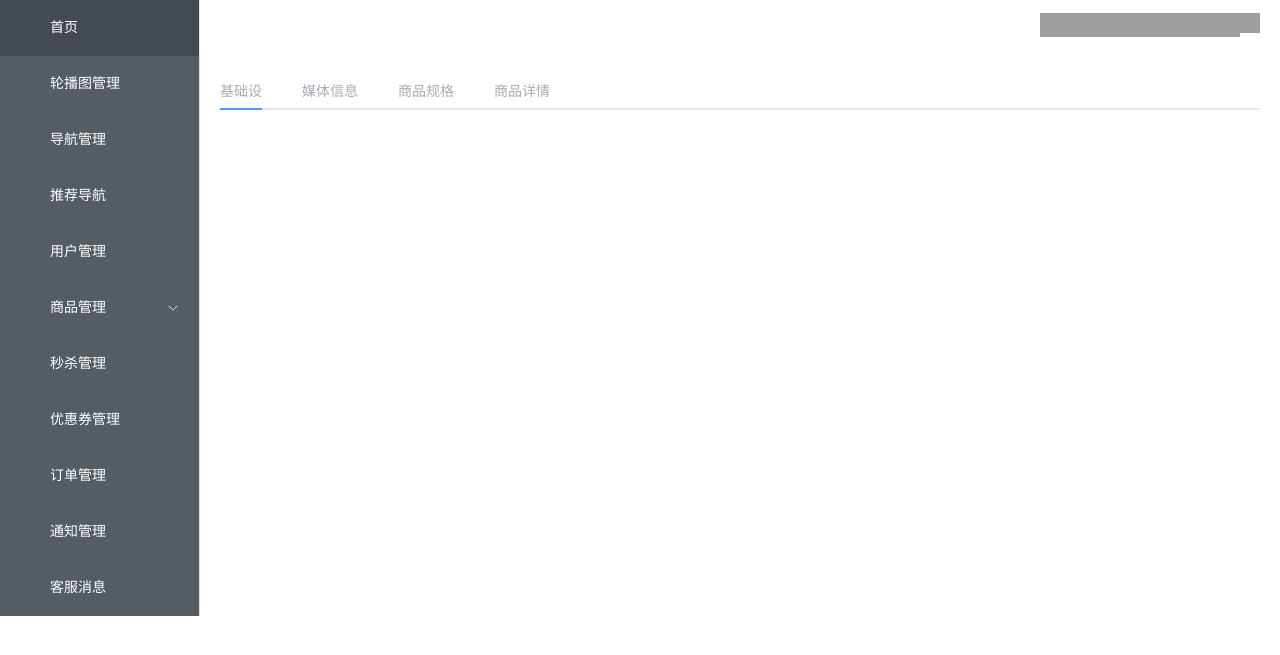
Repository: xinwuhao/CCG
Page: /addgoods
These files come from the project's save history. The page is drawn as it stood at one moment and after the next save; the edit follows.
The browser window is 1280 px wide. The pictures show the whole page.
Pictures or frames that could not be fetched are drawn as grey boxes. The page's requests for data from a server got no answer. The project was rebuilt for these pictures with package versions that can differ from the ones it lists, and the page was loaded fresh each time. No one was signed in, and anything a server would have sent is missing. Also part of the build but not shown: vite.config.ts.

Above is the page before, as saved 2021-09-24 11:19:47.

### src/main.ts
import { createApp } from 'vue'
import App from "./App.vue";
import router from "./router"
import ElementPlus from 'element-plus'
import 'element-plus/dist/index.css'
import * as Icons from '@element-plus/icons'
import { toLine } from './utils/index'

const app = createApp(App)

for (let i in Icons) {
    app.component(`el-icon${toLine(i)}`, (Icons as any)[i])
}

app.use(router)
app.use(ElementPlus)
app.mount('#app')

### src/App.vue
<template>
  <div>
    <router-view></router-view>
  </div>
</template>

<script setup lang="ts">
</script>

<style lang='scss'>
@import "./scssbox.scss";
</style>

### src/router/index.ts
import { createRouter, createWebHistory, RouteRecordRaw } from 'vue-router'
// import Home from '../views/homepage/homepage.vue'
import Layout from '../views/layout/Layout.vue'

const routes: Array<RouteRecordRaw> = [
  {
    path: '/login',
    name: 'Logon',
    component: () => import('../views/login/Login.vue'),
    meta: {
      title: '登录'
    }
  },
  {
    path: '/',
    component: Layout,
    // 子路由: children
    children: [
      {
        path: '/',
        name: '/',
        component: () => import('../views/homepage/homepage.vue'),
        meta: {
          title: '首页',
          meta: '/homepage'
        }
      },
      {
        path: '/discount',
        name: 'discount',
        component: () => import('../views/discount/discount.vue'),
        meta: {
          title: '优惠券管理',
          meta: '/discount'
        }
      },
      {
        path: '/navigation',
        name: 'navigation',
        component: () => import('../views/navigation/navigation.vue'),
        meta: {
          title: '导航管理',
          meta: '/navigation'
        }
      },
      {
        path: '/swiper',
        name: 'swiper',
        component: () => import('../views/swiper/swiper.vue'),
        meta: {
          title: '轮播图管理',
          meta: '/swiper'
        }
      },
      {
        path: '/recommend',
        name: 'recommend',
        component: () => import('../views/recommend/recommend.vue'),
        meta: {
          title: '推荐导航',
          meta: '/recommend'
        }
      },
      {
        path: '/user',
        name: 'user',
        component: () => import('../views/user/user.vue'),
        meta: {
          title: '用户管理',
          meta: '/user'
        }
      },
      {
        path: '/addgoods',
        name: 'addgoods',
        component: () => import('../views/goods/addgoods.vue'),
        meta: {
          title: '添加商品',
          meta: '/addgoods'
        }
      },
      {
        path: '/sortgoods',
        name: 'sortgoods',
        component: () => import('../views/goods/sortgoods.vue'),
        meta: {
          title: '商品分类',
          meta: '/sortgoods'
        }
      },
      {
        path: '/modelgoods',
        name: 'modelgoods',
        component: () => import('../views/goods/modelgoods.vue'),
        meta: {
          title: '商品模型',
          meta: '/modelgoods'
        }
      },
      {
        path: '/specsgoods',
        name: 'specsgoods',
        component: () => import('../views/goods/specsgoods.vue'),
        meta: {
          title: '商品规格',
          meta: '/specsgoods'
        }
      },
      {
        path: '/parametergoods',
        name: 'parametergoods',
        component: () => import('../views/goods/parametergoods.vue'),
        meta: {
          title: '商品参数',
          meta: '/parametergoods'
        }
      },
      {
        path: '/specifications',
        name: 'specifications',
        component: () => import('../views/goods/specifications.vue'),
        meta: {
          title: '规格参数',
          meta: '/specifications'
        }
      },
      {
        path: '/seckill',
        name: 'seckill',
        component: () => import('../views/seckill/seckill.vue'),
        meta: {
          title: '秒杀管理',
          meta: '/seckill'
        }
      },
      {
        path: '/order',
        name: 'order',
        component: () => import('../views/order/order.vue'),
        meta: {
          title: '订单管理',
          meta: '/order'
        }
      },
      {
        path: '/notice',
        name: 'notice',
        component: () => import('../views/notice/notice.vue'),
        meta: {
          title: '通知管理',
          meta: '/notice'
        }
      },
      {
        path: '/news',
        name: 'news',
        component: () => import('../views/news/news.vue'),
        meta: {
          title: '客服消息',
          meta: '/news'
        }
      },
    ]
  }
]

const router = createRouter({
  history: createWebHistory(),
  routes
})

router.beforeEach((to, from, next) => {
  document.title = to.meta.title as string
  next()
})

export default router

### src/utils/index.ts
export const toLine = (str: string) => {
  return str.replace(/([A-Z])/g, "-$1").toLowerCase()
}

### src/scssbox.scss
* {
    margin: 0;
    padding: 0;
}

html,
body,
#app,
.el-container,
.el-menu {
    height: 100%;
}

### src/views/layout/Layout.vue
<template>
  <el-container>
    <el-aside width="auto">
      <nav-left :isCollapse='isCollapse'></nav-left>
    </el-aside>
    <el-container>
     <el-header>
        <nav-header v-model:isCollapse='isCollapse'></nav-header>
     </el-header>
      <el-main>
        <router-view></router-view>
      </el-main>
    </el-container>
  </el-container>
</template>

<script setup lang="ts">
import { ref, reactive } from 'vue'
import NavHeader from  '../../components/navHeader/NavHeader.vue'
import NavLeft from  '../../components/navLeft/NavLeft.vue'

interface Data {
  name: string,
  age: number
}

let isCollapse = ref<boolean>(false)
let data = reactive<Data>({
  name: 'jack',
  age: 20
})
</script>

<style scoped lang="scss">
.el-header {
  height: 50px;
  padding: 0;
}
</style>

### src/views/goods/addgoods.vue
<template>
  <div>
    <div v-if="judge == 0">
      <div class="searchBox">
        <el-input
          placeholder="请输入内容"
          v-model="input"
          clearable
          class="inputBox"
        >
        </el-input>
        <el-button icon="el-icon-search" @click="obtain"></el-button>
        <el-button type="primary" @click="ON">添加商品</el-button>
      </div>
      <!-- 表格 -->
      <div style="margin-top: 20px">
        <el-table :data="tableData" border style="width: 100%">
          <el-table-column label="#" type="index" width="50"> </el-table-column>
          <el-table-column prop="content" label="商品名称"> </el-table-column>
          <el-table-column prop="content" label="商品原价"> </el-table-column>
          <el-table-column prop="content" label="商品现价"> </el-table-column>
          <el-table-column prop="content" label="商品库存"> </el-table-column>
          <el-table-column label="是否新品">
            <template #default="scope">
              <div>
                {{ scope.row.isShow == true ? "是" : "否" }}
              </div>
            </template>
          </el-table-column>
          <el-table-column label="是否热卖">
            <template #default="scope">
              <div>
                {{ scope.row.isShow == true ? "是" : "否" }}
              </div>
            </template>
          </el-table-column>
          <el-table-column label="是否推荐">
            <template #default="scope">
              <div>
                {{ scope.row.isShow == true ? "是" : "否" }}
              </div>
            </template>
          </el-table-column>
          <el-table-column fixed="right" label="上下架">
            <template #default="scope">
              <el-switch
                v-model="scope.row.isShow"
                active-color="#1E90FF"
                inactive-color="#ff4949"
                @change="chen(scope.row)"
              >
              </el-switch>
            </template>
          </el-table-column>
          <el-table-column fixed="right" label="操作">
            <template #default="scope">
              <el-button @click="reduce(scope.row)" type="text" size="small"
                >删除</el-button
              >
              <el-button type="text" size="small" @click="alter(scope.row)"
                >编辑</el-button
              >
            </template>
          </el-table-column>
        </el-table>
      </div>
    </div>

    <!-- 添加商品弹出层 -->
    <div v-if="judge !== 0">
      <el-tabs v-model="judge">
        <el-tab-pane label="基础设" name="1" disabled> </el-tab-pane>
        <el-tab-pane label="媒体信息" name="2" disabled>Config</el-tab-pane>
        <el-tab-pane label="商品规格" name="3" disabled>Role</el-tab-pane>
        <el-tab-pane label="商品详情" name="4" disabled>Task</el-tab-pane>
      </el-tabs>
    </div>
  </div>
</template>

<script setup lang="ts">
import { ref, onMounted } from "vue";
import api from "../../http/aip";
import { ElMessage } from "element-plus";

// 输入框
let input = ref<any>("");
//切换层
let judge = ref<string>("1");
//上传图片token
let abc = { Authorization: localStorage.getItem("token") };
//表格数据
let tableData = ref<any>([]);
//表单
let swiper = ref<any>({
  content: "",
});
//添加按钮
let ON = () => {
  judge.value = "1";
};

//删除
let reduce = (e: any) => {
  api
    .delNotice(e._id)
    .then((res: any) => {
      if (res.code == 200) {
        ElMessage.success({
          message: `${res.msg}`,
          type: "success",
        });
        obtain();
      } else ElMessage.error(`${res.msg}`);
    })
    .catch((err: any) => {
      console.log(err);
    });
};
//显示
let chen = (e: any) => {
  api
    .showNotice({
      id: e._id,
      isShow: e.isShow,
    })
    .then((res: any) => {
      if (res.code == 200) {
        ElMessage.success({
          message: `${res.msg}`,
          type: "success",
        });
        obtain();
      } else ElMessage.error(`${res.msg}`);
    })
    .catch((err: any) => {
      console.log(err);
    });
};
let current = ref<number>(1);
let pageSize = ref<number>(10);
//获取数据
let obtain = () => {
  api
    .getNotice({
      current: current.value,
      pageSize: pageSize.value,
      query: input.value,
    })
    .then((res: any) => {
      if (res.code == 200) {
        tableData.value = res.data;
      }
    })
    .catch((err: any) => {
      console.log(err);
    });
};
onMounted(() => {
  obtain();
});
</script>

<style scoped>
.searchBox {
  display: flex;
}
.inputBox {
  width: 300px;
}
.blueFont {
  color: #1e90ff;
}
.imgBox {
  width: 100px;
  height: 100px;
}
</style>

### src/components/navHeader/NavHeader.vue
<template>
  <div class="header">
    <div @click="toggle" class="cent">
      <el-icon-expand v-if="isCollapse"></el-icon-expand>
      <el-icon-fold v-else></el-icon-fold>
      <div class="cenn">
        <iframe
          width="200"
          height="24"
          frameborder="0"
          scrolling="no"
          hspace="0"
          src="https://i.tianqi.com/?c=code&id=11"
        ></iframe>
        <div>
          <img
            src="https://img0.baidu.com/it/u=3730772664,138405132&fm=26&fmt=auto"
            class="img"
          />
        </div>
      </div>
    </div>
  </div>
</template>

<script lang='ts' setup>
import { ref } from "vue";
import { Fold, Expand } from "@element-plus/icons";

let props = defineProps({
  isCollapse: {
    type: Boolean,
    default: false,
  },
});
let emits = defineEmits(["update:isCollapse"]);
let toggle = () => {
  emits("update:isCollapse", !props.isCollapse);
};
</script>

<style lang='scss' scoped>
svg {
  width: 20px;
  height: 20px;
}
.header {
  height: 50px;
  display: flex;
  align-items: center;
  padding: 0 20px;
}
.cent {
  display: flex;
  width: 100%;
}
.cenn {
  display: flex;
  justify-content: flex-end;
  width: 100%;
}
.img {
  width: 20px;
  height: 20px;
}
</style>

### src/components/navLeft/NavLeft.vue
<template>
  <el-menu
    :uniqueOpened="true"
    default-active="1"
    class="el-menu"
    background-color="#545c64"
    text-color="#fff"
    active-text-color="#ffd04b"
    :collapse="isCollapse"
    :router="true"
  >
    <template v-for="(item, index) in arr" :key="index">
      <el-menu-item :index="item.path" v-if="item.name !== '商品管理'">
        <component :is="item.i" class="iconbox"></component>
        <template #title>{{ item.name }}</template>
      </el-menu-item>
      <el-sub-menu :index="item.path" v-else>
        <template #title>
          <component :is="item.i" class="iconbox"></component>
          <span>{{ item.name }}</span>
        </template>
        <template v-for="(item1, index1) in arr1" :key="index1">
          <el-menu-item :index="item1.path">
            <component :is="item1.i" class="iconbox"></component>
            <span> {{ item1.name }}</span>
          </el-menu-item>
        </template>
      </el-sub-menu>
    </template>
  </el-menu>
</template>

<script lang='ts' setup>
import { ref } from "vue";
let arr = ref<any>([
  { name: "首页", i: "el-icon-house", path: "/" },
  { name: "轮播图管理", i: "el-icon-help", path: "/swiper" },
  { name: "导航管理", i: "el-icon-data-line", path: "/navigation" },
  { name: "推荐导航", i: "el-icon-document-copy", path: "/recommend" },
  { name: "用户管理", i: "el-icon-user", path: "/user" },
  { name: "商品管理", i: "el-icon-paperclip", path: "" },
  { name: "秒杀管理", i: "el-icon-reading", path: "/seckill" },
  { name: "优惠券管理", i: "el-icon-coin", path: "/discount" },
  { name: "订单管理", i: "el-icon-set-up", path: "/order" },
  { name: "通知管理", i: "el-icon-microphone", path: "/notice" },
  { name: "客服消息", i: "el-icon-chat-line-round", path: "/news" },
]);
let arr1 = ref<any>([
  { name: "添加商品", i: "el-icon-document-add", path: "/addgoods" },
  { name: "商品分类", i: "el-icon-tickets", path: "/sortgoods" },
  { name: "商品模型", i: "el-icon-set-up", path: "/modelgoods" },
  { name: "商品规格", i: "el-icon-position", path: "/specsgoods" },
  { name: "商品参数", i: "el-icon-cpu", path: "/parametergoods" },
  { name: "规格参数", i: "el-icon-takeaway-box", path: "/specifications" },
]);
let props = defineProps({
  isCollapse: {
    type: Boolean,
    default: false,
  },
});
</script>

<style lang='scss' scoped>
.el-menu:not(.el-menu--collapse) {
  width: 200px;
}
.iconbox {
  width: 20px;
  height: 20px;
  margin-right: 10px;
}
</style>

### src/http/index.ts
import axios, { AxiosError, AxiosRequestConfig, AxiosResponse } from 'axios'


const http = axios.create({
   baseURL: 'http://localhost:1001',
   timeout: 10000
})


http.interceptors.request.use((config: AxiosRequestConfig) => {
   let token = localStorage.getItem('token')
   if (token) {
      config.headers['Authorization'] = token
   }
   return config
}, (err: AxiosError) => {
   return Promise.reject(err)
})


http.interceptors.response.use((res: any) => {
   return res.data
}, (err: AxiosError) => {
   let status: number = err.response! && err.response!.status
   if (status === 401) {

   }
   if (status === 400) {

   }
   if (status === 403) {

   }
   if (status === 404) {

   }
   if (status === 500) {

   }
   if (status === 503) {

   }
   return Promise.reject(err)
})


export default http

Loaded but not shown: index.html (common file); src/http/aip.ts (485 lines, source omitted)

After the next save:
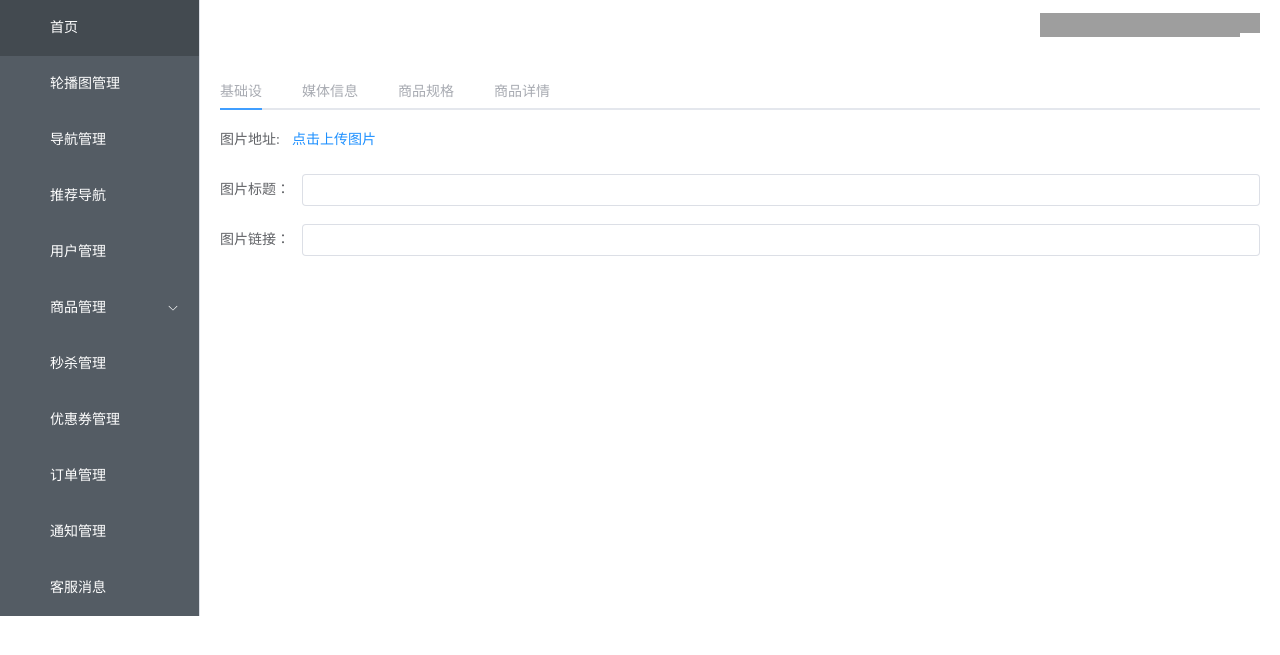
Saved 68 s later.
--- a/src/views/goods/addgoods.vue
+++ b/src/views/goods/addgoods.vue
@@ -69,7 +69,32 @@
     <!-- 添加商品弹出层 -->
     <div v-if="judge !== 0">
       <el-tabs v-model="judge">
-        <el-tab-pane label="基础设" name="1" disabled> </el-tab-pane>
+        <el-tab-pane label="基础设" name="1" disabled>
+          <el-form :model="swiper" ref="ruleForm" class="demo-ruleForm">
+            <el-form-item label="图片地址:" prop="img">
+              <el-upload
+                class="upload-demo"
+                action="http://localhost:1001/admin/upload"
+                :headers="abc"
+                :on-success="upimg"
+                list-type="picture"
+                :show-file-list="false"
+                :file-list="fileList"
+              >
+                <div class="blueFont">点击上传图片</div>
+              </el-upload>
+              <div v-if="swiper.img">
+                <img :src="swiper.img" class="imgBox" />
+              </div>
+            </el-form-item>
+            <el-form-item label="图片标题：" prop="title">
+              <el-input v-model="swiper.title" class="inpud"></el-input>
+            </el-form-item>
+            <el-form-item label="图片链接：" prop="path">
+              <el-input v-model="swiper.path" class="inpud"></el-input>
+            </el-form-item>
+          </el-form>
+        </el-tab-pane>
         <el-tab-pane label="媒体信息" name="2" disabled>Config</el-tab-pane>
         <el-tab-pane label="商品规格" name="3" disabled>Role</el-tab-pane>
         <el-tab-pane label="商品详情" name="4" disabled>Task</el-tab-pane>
